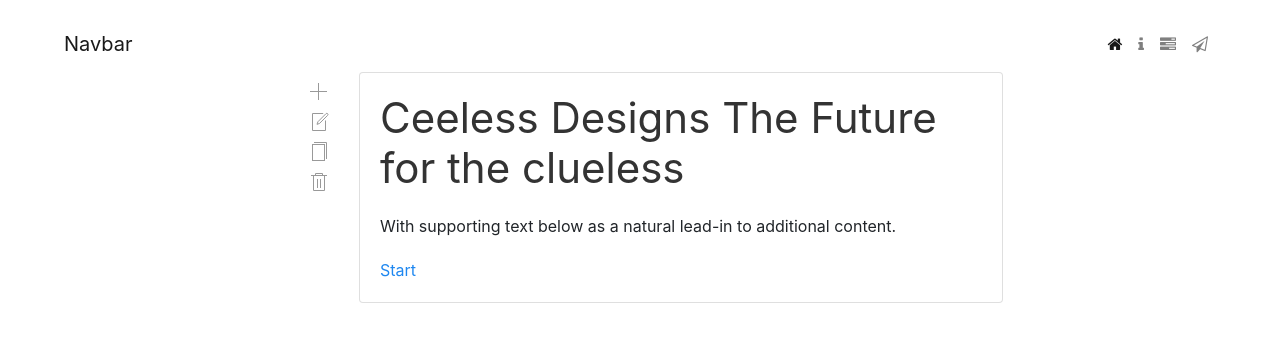
Repository: latenightsnacc/ceeless
Page: index.html
An editor plug-in stored every save of this project. The page is shown before and after the next save, followed by the edit.
The browser window is 1280 px wide. The pictures show the whole page.
Some web libraries are served in a nearby version. The style sheet was rebuilt from its Sass, Less or Tailwind sources for each picture, by a compiler version that may differ from the author's.

Above is the page before, as saved 2020-06-11 16:00:23.

### index.html
<!DOCTYPE html>
<html lang="en">
<head>
    <meta charset="UTF-8">
    <meta name="viewport" content="width=device-width, initial-scale=1.0">

    <!--Bootstrap-->
    <link rel="stylesheet" href="https://stackpath.bootstrapcdn.com/bootstrap/4.5.0/css/bootstrap.min.css" integrity="sha384-9aIt2nRpC12Uk9gS9baDl411NQApFmC26EwAOH8WgZl5MYYxFfc+NcPb1dKGj7Sk" crossorigin="anonymous">

    <!-- UIkit CSS -->
    <link rel="stylesheet" href="https://cdn.jsdelivr.net/npm/uikit@3.5.3/dist/css/uikit.min.css" />

    <!--Font Awesome Icons-->
    <link rel="stylesheet" href="https://maxcdn.bootstrapcdn.com/font-awesome/4.4.0/css/font-awesome.min.css">

    <!--Custom Stylesheet-->
    <link rel="stylesheet" href="Styles/stylesheet.css">

    <!--Page Title-->
    <title>Ceeless | Licorne Technologies</title>
</head>
<body>
    <main class="wrapper ml-5 mr-5">
        <!--NavBar-->
        <nav class="navbar navbar-expand-lg navbar-light bg-transparent mt-3">
            <!--Logo-->
            <a class="navbar-brand" href="#">Navbar</a>
            <!--Mobile NavBar Icon-->
            <div class="navbar-toggler" type="button" data-toggle="collapse" data-target="#navbarTogglerDemo03" aria-controls="navbarTogglerDemo03" aria-expanded="false" aria-label="Toggle navigation">
                <div class="nav-icon">
                    <span class="long-bar-one"></span>
                    <span class="short-bar-two"></span>
                    <span class="long-bar-three"></span>
                </div>
            </div>
            <div class="collapse navbar-collapse" id="navbarTogglerDemo03">
              <ul class="navbar-nav ml-auto mt-2 mt-lg-0">
                <li class="nav-item active">
                  <a class="nav-link" href="#"><i class="fa fa-home"></i><span class="sr-only">(current)</span></a>
                </li>
                <li class="nav-item">
                  <a class="nav-link" href="#"><i class="fa fa-info"></i></a>
                </li>
                <li class="nav-item">
                  <a class="nav-link" href="#"><i class="fa fa-tasks" aria-hidden="true"></i></a>
                </li>
                <li class="nav-item">
                    <a class="nav-link" href="#"><i class="fa fa-send-o"></i></a>
                  </li>
              </ul>
            </div>
        </nav>
        <!--End of NavBar-->

        <!--Header wrapper-->
        <section class="header-wrapper container-fluid">
            <div class="row">
                <!--Social Icons-->
                <div class="col-3">
                    <ul class="uk-iconnav uk-iconnav-vertical uk-align-right@s	">
                        <li><a href="#" uk-icon="icon: plus"></a></li>
                        <li><a href="#" uk-icon="icon: file-edit"></a></li>
                        <li><a href="#" uk-icon="icon: copy"></a></li>
                        <li><a href="#" uk-icon="icon: trash"></a></li>
                    </ul>
                </div>
                <!--Header Message-->
                <div class="col-9">
                    <div class="card w-75">
                        <div class="card-body">
                          <h1 class="card-title">Ceeless Designs The Future for the clueless</h1>
                          <p class="card-text">With supporting text below as a natural lead-in to additional content.</p>
                          <a href="#">Start</a>
                        </div>
                    </div>
                </div>
            </div>
        </section>
        <!--End of Header wrapper-->
    </main>

    <!-- JS, Popper.js, and jQuery -->
    <script src="https://code.jquery.com/jquery-3.5.1.slim.min.js" integrity="sha384-DfXdz2htPH0lsSSs5nCTpuj/zy4C+OGpamoFVy38MVBnE+IbbVYUew+OrCXaRkfj" crossorigin="anonymous"></script>
    <script src="https://cdn.jsdelivr.net/npm/popper.js@1.16.0/dist/umd/popper.min.js" integrity="sha384-Q6E9RHvbIyZFJoft+2mJbHaEWldlvI9IOYy5n3zV9zzTtmI3UksdQRVvoxMfooAo" crossorigin="anonymous"></script>
    <script src="https://stackpath.bootstrapcdn.com/bootstrap/4.5.0/js/bootstrap.min.js" integrity="sha384-OgVRvuATP1z7JjHLkuOU7Xw704+h835Lr+6QL9UvYjZE3Ipu6Tp75j7Bh/kR0JKI" crossorigin="anonymous"></script>
    <!-- UIkit JS -->
    <script src="https://cdn.jsdelivr.net/npm/uikit@3.5.3/dist/js/uikit.min.js"></script>
    <script src="https://cdn.jsdelivr.net/npm/uikit@3.5.3/dist/js/uikit-icons.min.js"></script>
</body>
</html>

### Styles/stylesheet.scss
body{
    background-color: white;
}
.navbar-toggler{
    border: none !important;
    .nav-icon{
        display: flex;
        flex-direction: column;
        .long-bar-one, .long-bar-three, .short-bar-two{
            border: 2px solid black;
            margin-bottom: 5px;
        }
        .long-bar-one, .long-bar-three{
            width: 33px;
        }
        .short-bar-two{
            width: 20px;
        }

        &:hover{
            .long-bar-one, .long-bar-three{
                width: 20px;
                transition: width 300ms ease-in-out 0s;

            }
            .short-bar-two{
                width: 33px;

            }
        }
    }
}

After the next save:
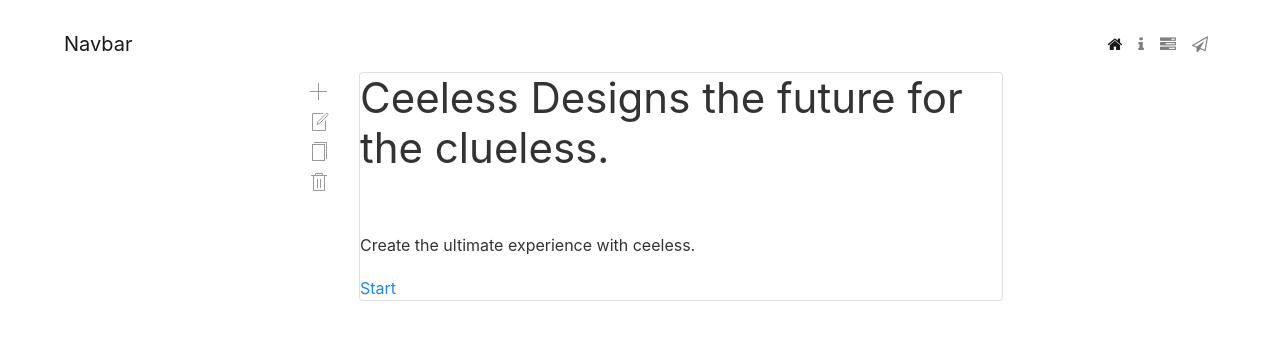
Saved 97 s later.
--- a/index.html
+++ b/index.html
@@ -67,11 +67,9 @@
                 <!--Header Message-->
                 <div class="col-9">
                     <div class="card w-75">
-                        <div class="card-body">
-                          <h1 class="card-title">Ceeless Designs The Future for the clueless</h1>
-                          <p class="card-text">With supporting text below as a natural lead-in to additional content.</p>
-                          <a href="#">Start</a>
-                        </div>
+                        <h1>Ceeless Designs the future for the clueless.</h1>
+                        <h5>Create the ultimate experience with ceeless.</h5>
+                        <a href="#">Start</a>
                     </div>
                 </div>
             </div>
